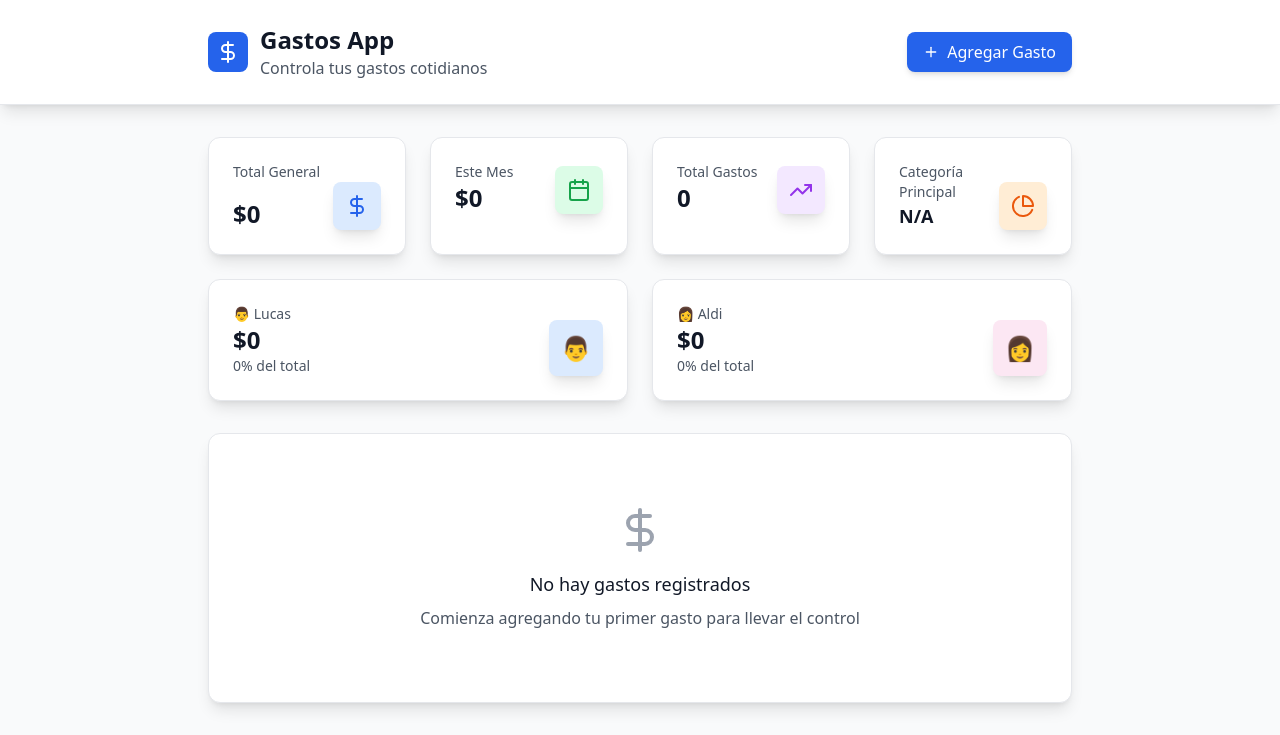
Repository: lucastenaglia/Gastosapp
Page: /
An editor plug-in stored every save of this project. The page is shown before and after the next save, followed by the edit.
The browser window is 1280 px wide. The pictures show the whole page.
The page's requests for data from a server got no answer. The project was rebuilt for these pictures with package versions that can differ from the ones it lists, and the page was loaded fresh each time. No one was signed in, and anything a server would have sent is missing. Also part of the build but not shown: vite.config.js, src/components/ExpenseForm.jsx.

Above is the page before, as saved 2025-08-03 21:36:12.

After the next save:
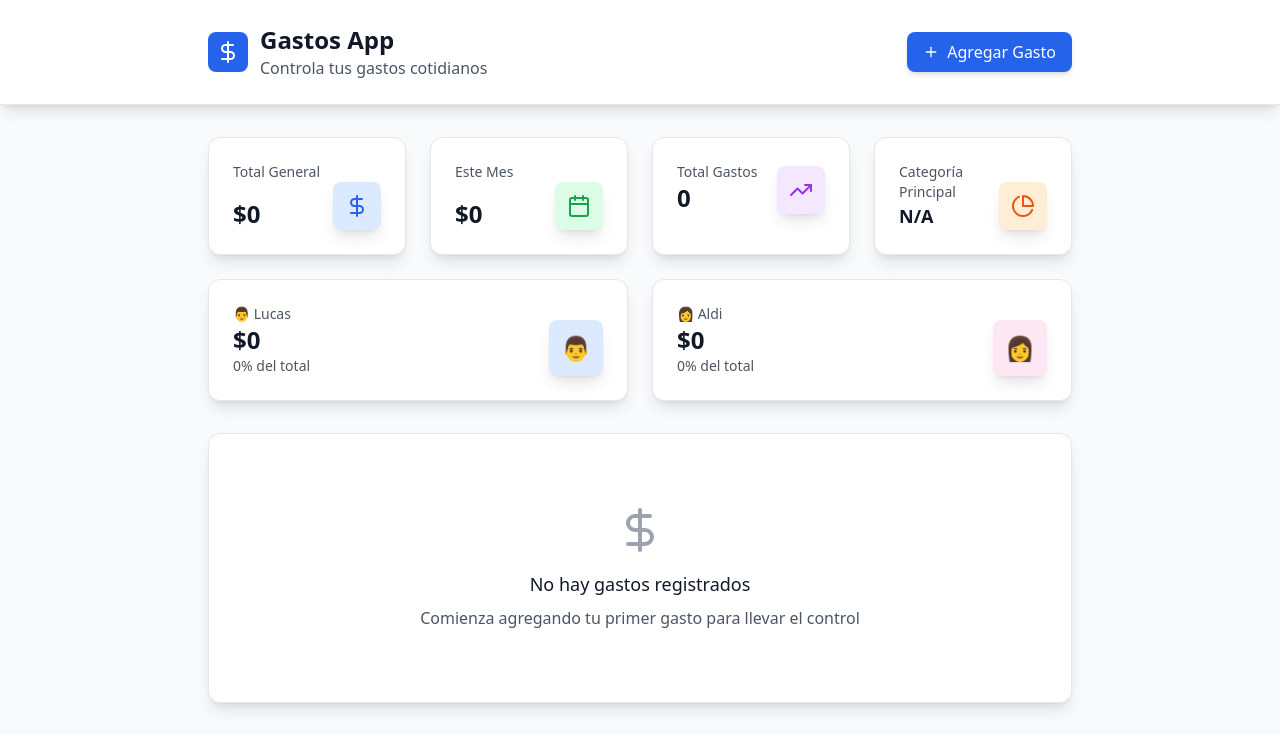
Saved 9 s later.
--- a/src/components/ExpenseSummary.jsx
+++ b/src/components/ExpenseSummary.jsx
@@ -56,15 +56,15 @@ const ExpenseSummary = ({ expenses }) => {
 
                  {/* Gastos del Mes */}
          <div className="card relative p-4 sm:p-6">
-           <div className="flex items-end justify-between">
-             <div>
-               <p className="text-xs sm:text-sm font-medium text-gray-600">Este Mes</p>
+           <div>
+             <p className="text-xs sm:text-sm font-medium text-gray-600">Este Mes</p>
+             <div className="flex items-end justify-between">
                <p className="text-lg sm:text-2xl font-bold text-gray-900">
                  {formatCurrency(monthlyTotal)}
                </p>
-             </div>
-             <div className="bg-green-100 p-2 sm:p-3 rounded-lg shadow-lg">
-               <Calendar className="h-4 w-4 sm:h-6 sm:w-6 text-green-600" />
+               <div className="bg-green-100 p-2 sm:p-3 rounded-lg shadow-lg">
+                 <Calendar className="h-4 w-4 sm:h-6 sm:w-6 text-green-600" />
+               </div>
              </div>
            </div>
          </div>
